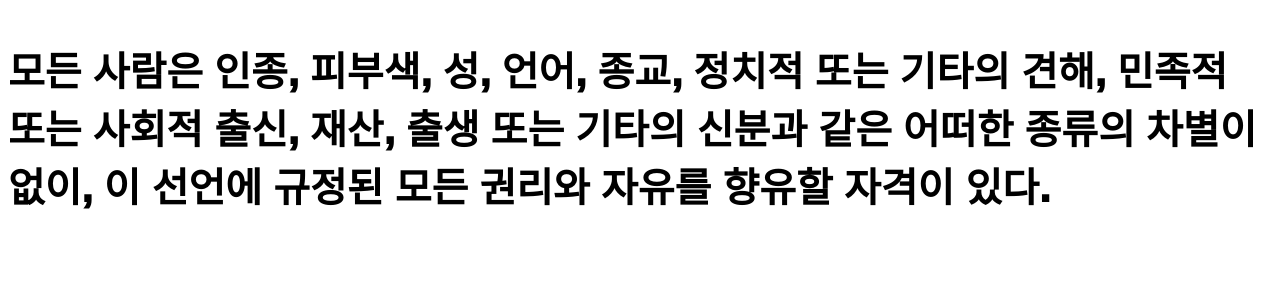
Repository: JeongminHW/Web_study
Page: HTML/myHTML/src/main/webapp/ch06/webfont.html
The author's editor kept a copy of each file at every save. The page is drawn from the files as they stood at one save, then again after the next save.
The browser window is 1280 px wide. The pictures show the whole page.
Some web fonts or font styles are not loaded; a fallback is used.

Above is the page before, as saved 2024-07-10 06:24:07.

### HTML/myHTML/src/main/webapp/ch06/webfont.html
<!DOCTYPE html>
<html>
<head>
<meta charset="UTF-8">
<title>Insert title here</title>
<link rel="preconnect" href="https://fonts.googleapis.com">
<link rel="preconnect" href="https://fonts.gstatic.com" crossorigin>
<link href="https://fonts.googleapis.com/css2?family=Gugi&display=swap" rel="stylesheet">
<style type="text/css">
	p {
	  font-family: "Gugi", sans-serif;
	  font-weight: 1000;
	  font-size: 40px;
	  font-style: normal;
	}
</style>
</head>
<body>
<p>모든 사람은 인종, 피부색, 성, 언어, 종교, 정치적 또는 기타의 견해, 민족적 또는 사회적 출신, 재산, 출생 또는 기타의 신분과 같은
어떠한 종류의 차별이 없이, 이 선언에 규정된 모든 권리와 자유를 향유할 자격이 있다.</p>
</body>
</html>

After the next save:
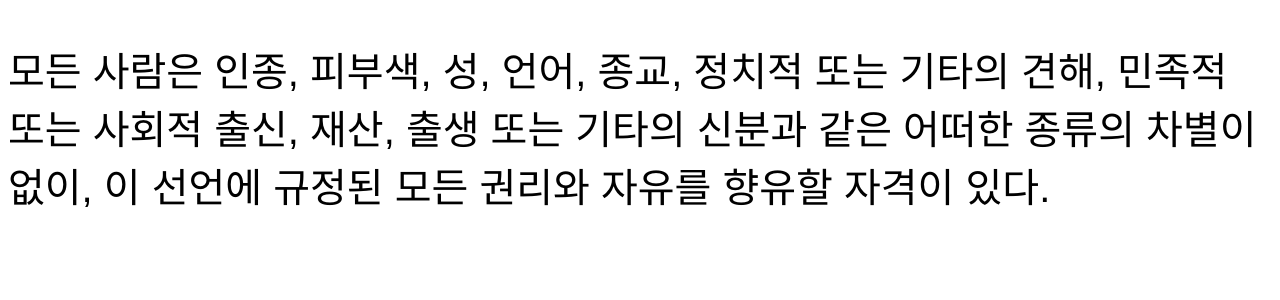
Saved 7 s later.
--- a/HTML/myHTML/src/main/webapp/ch06/webfont.html
+++ b/HTML/myHTML/src/main/webapp/ch06/webfont.html
@@ -9,7 +9,7 @@
 <style type="text/css">
 	p {
 	  font-family: "Gugi", sans-serif;
-	  font-weight: 1000;
+	  font-weight: 500;
 	  font-size: 40px;
 	  font-style: normal;
 	}
